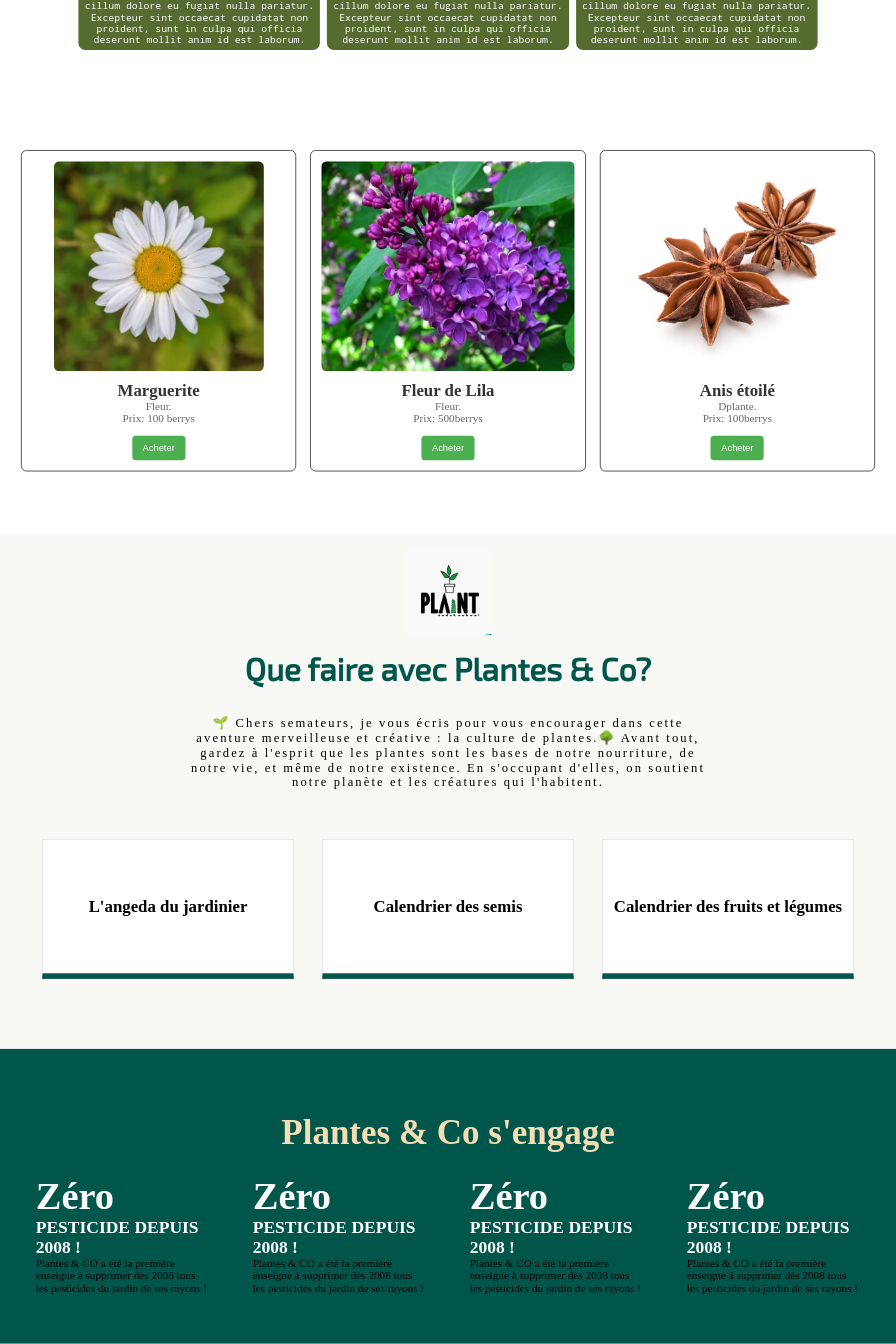
Repository: Flexo874/ISITECH-HTML-CSS
Page: index.html
The author's editor kept a copy of each file at every save. The page is drawn from the files as they stood at one save, then again after the next save.
The browser window is 1280 px wide. The pictures show the part of the page from y = 1298 to 3218 px (the page is 3218 px tall), at 70% of full size.
Some web fonts or font styles are not loaded; a fallback is used.

Above is the page before, as saved 2024-01-03 15:51:58.

### index.html
<!DOCTYPE html>
<html>
<head>
    <title>Plantes & Co</title>
     <link rel="stylesheet" type="text/css" href="./style.css">
     <link rel="stylesheet" type="text/css" href="./engagement.css">
     <link rel="stylesheet" type="text/css" href="./instructions.css">
     <link rel="preconnect" href="https://fonts.googleapis.com">
     <link rel="preconnect" href="https://fonts.gstatic.com" crossorigin>
     <link href="https://fonts.googleapis.com/css2?family=Exo+2&display=swap" rel="stylesheet">
     <link rel="preconnect" href="https://fonts.googleapis.com">
     <link rel="preconnect" href="https://fonts.gstatic.com" crossorigin>
     <link href="https://fonts.googleapis.com/css2?family=Exo+2&family=Macondo&display=swap" rel="stylesheet">
</head>
<body>
    <ul>
        <li><a href="#home">Home</a></li>
        <li><a href="#news">News</a></li>
        <li><a href="#contact">Contact</a></li>
        <li><a href="#about">About</a></li>
    </ul>


    <div class="plant-img">
        <img src="images/Step-8-If-You-Want-You-Can-Train-Your-Cannabis-Plants-To-Increase-Yield.webp">
    </div>

    <h1 > Best Sellers</h1>



    <div class="container">

            <div class="item">
                <a>
                <img src="images/semis-prêt-à-être-planté-dans-le-jardin.webp" alt="Logo">
                <p>Lorem ipsum dolor sit amet, consectetur adipiscing elit, sed do eiusmod tempor incididunt ut labore et dolore magna aliqua. Ut enim ad minim veniam, quis nostrud exercitation ullamco laboris nisi ut aliquip ex ea commodo consequat. Duis aute irure dolor in reprehenderit in voluptate velit esse cillum dolore eu fugiat nulla pariatur. Excepteur sint occaecat cupidatat non proident, sunt in culpa qui officia deserunt mollit anim id est laborum.</p>
                </a>
            </div>
            <div class="item">
                <a>
                <img src="images/semis-prêt-à-être-planté-dans-le-jardin.webp" alt="Logo">
                <p>Lorem ipsum dolor sit amet, consectetur adipiscing elit, sed do eiusmod tempor incididunt ut labore et dolore magna aliqua. Ut enim ad minim veniam, quis nostrud exercitation ullamco laboris nisi ut aliquip ex ea commodo consequat. Duis aute irure dolor in reprehenderit in voluptate velit esse cillum dolore eu fugiat nulla pariatur. Excepteur sint occaecat cupidatat non proident, sunt in culpa qui officia deserunt mollit anim id est laborum.</p>
                </a>
            </div>
            <div class="item">
                <a>
                <img src="images/semis-prêt-à-être-planté-dans-le-jardin.webp" alt="Logo">
                <p>Lorem ipsum dolor sit amet, consectetur adipiscing elit, sed do eiusmod tempor incididunt ut labore et dolore magna aliqua. Ut enim ad minim veniam, quis nostrud exercitation ullamco laboris nisi ut aliquip ex ea commodo consequat. Duis aute irure dolor in reprehenderit in voluptate velit esse cillum dolore eu fugiat nulla pariatur. Excepteur sint occaecat cupidatat non proident, sunt in culpa qui officia deserunt mollit anim id est laborum.</p>
                </a>
            </div>
    </div>

    <section class="produits">
        <!-- Produit 1 -->
        <div class="produit">
            <img src="images/Leucanthemum_vulgare.webp" alt="Produit 1">
            <h3>Marguerite</h3>
            <p>Fleur.</p>
            <p>Prix: 100 berrys</p>
            <button>Acheter</button>
        </div>
        <div class="produit">
            <img src="images/1676375528_249_Belle-signification-et-symbolisme-de-la-couleur-de-la-fleur.webp" alt="Produit 1">
            <h3>Fleur de Lila</h3>
            <p>Fleur.</p>
            <p>Prix: 500berrys </p>
            <button>Acheter</button>
        </div>
        <div class="produit">
            <img src="images/anis-étoilé-spice-de-fruits-et-de-graines-isolé-sur-fond-blanc.webp" alt="Produit 1">
            <h3>Anis étoilé</h3>
            <p>Dplante.</p>
            <p>Prix: 100berrys</p>
            <button>Acheter</button>
        </div>

    </section>


    <section class="instructions">
        <div class="logo">
        <img src="images/DALL·E 2024-01-03 10.05.32 - a simple logo for a plant shop.png" alt="Logo">
        </div>
        <div class="titre">
            <h2>Que faire avec Plantes & Co?</h2>
        </div>
        <div class="description">
            <p>🌱 Chers semateurs, je vous écris pour vous encourager dans cette aventure
                 merveilleuse et créative : la culture de plantes.🌳 Avant tout, gardez à l'esprit que les plantes sont les bases de notre nourriture, de notre vie, et même de notre existence. En s'occupant d'elles, on soutient notre planète et les créatures qui l'habitent.</p>
          </div>
        <div class="categories">
            <div class="calendar">
                <h3>L'angeda du jardinier</h3>
            </div>
            <div class="calendar">
                <h3>Calendrier des semis</h3>
            </div>
            <div class="calendar">
                <h3>Calendrier des fruits et légumes</h3>
            </div>
        </div>
    </section>




    <section class="engagement">
        <div class="titre2">
            <h2>Plantes & Co s'engage</h2>
        </div>
        <div class="cat">
            <div class="eng">
                <h3>Zéro</h3>
                <h4>PESTICIDE DEPUIS 2008 !</h4>
                <p>Plantes & CO a été la première enseigne à supprimer dès 2008 tous les pesticides du jardin de ses rayons !</p>
            </div>
            <div class="eng">
                <h3>Zéro</h3>
                <h4>PESTICIDE DEPUIS 2008 !</h4>
                <p>Plantes & CO a été la première enseigne à supprimer dès 2008 tous les pesticides du jardin de ses rayons !</p>
            </div>
            <div class="eng">
                <h3>Zéro</h3>
                <h4>PESTICIDE DEPUIS 2008 !</h4>
                <p>Plantes & CO a été la première enseigne à supprimer dès 2008 tous les pesticides du jardin de ses rayons !</p>
            </div>
            <div class="eng">
                <h3>Zéro</h3>
                <h4>PESTICIDE DEPUIS 2008 !</h4>
                <p>Plantes & CO a été la première enseigne à supprimer dès 2008 tous les pesticides du jardin de ses rayons !</p>
            </div>
        </div>

    </section>





</body>
</html>

### style.css
* {
  margin: 0;
  padding: 0;
}
ul {
  list-style-type: none;
  margin: 0;
  padding: 0;
  overflow: hidden;
  background-image: linear-gradient(
    109.6deg,
    rgba(61, 131, 97, 1) 11.2%,
    rgba(28, 103, 88, 1) 91.1%
  );
  display: flex;
  list-style: none;
  box-sizing: border-box;
  justify-content: center;
}

li {
  position: relative;
}

li a {
  display: block;
  color: white;
  text-align: center;
  padding: 18px 16px;
  text-decoration: none;
  font-size: 15px;
  transition: 0.4s ease-in-out;
  position: center;
  font-family: "Noto Mono", monospace;
}

li a:hover {
  background-color: #111;
  border-radius: 5px;
}

.plant-img img {
  width: 100%;
  height: 600px;
  object-fit: cover;
  overflow: hidden;
}

h1 {
  padding: 40px;
  padding-bottom: 0;
  margin-bottom: 0;
  margin-top: 60px;
  text-align: center;
  font-weight: bold;
  font-size: 60px;
}

.container {
  display: flex;
  grid-template-columns: repeat(3, 1fr);
  grid-auto-rows: minmax(300px, auto);
  gap: 10px;
  padding: 10px;
  margin-top: 0;
  margin: 8%;
  padding-top: 0;
}

.item {
  align-items: center;
  justify-content: center;
  border-radius: 10px;
  display: flex;
  justify-content: center;
  align-items: center;
  background-color: #556b2f;
}

.item a {
  margin: 7px;
}

.item a:hover {
  color: white;
}

.item img {
  max-width: 100%;
  height: auto;
}

.item p {
  margin-top: 10px;
  text-align: center;
  color: white;
  font-family: "Noto Mono", monospace;
  font-size: 14px;
}

.produits {
  display: flex;
  flex-wrap: wrap;
  justify-content: space-around;
  padding: 20px;
}

.produit {
  background-color: #fff;
  border: 1px solid #ddd;
  border-radius: 8px;
  border-color: #111;
  margin: 10px;
  padding: 15px;
  text-align: center;
  transition: transform 0.3s ease-in-out;
  width: calc(33.33% - 20px);
  box-sizing: border-box;


}

.produit:hover {
  transform: scale(1.05);
}

.produit img {
  max-width: 100%;
  height: 300px;
  border-radius: 8px;
}

.produit h3 {
  margin-top: 10px;
  font-size: 1.5em;
  color: #333;
}

.produit p {
  color: #666;
}

.produit button {
  background-color: #4caf50;
  color: #fff;
  padding: 10px 15px;
  border: none;
  border-radius: 5px;
  cursor: pointer;
  margin-top: 15px;
}

.produit button:hover {
  background-color: #45a049;
}

### engagement.css
.engagement{
    padding: 20px ;

    background-color:#00564B;
}

.titre2{
    margin-top: 70px;
    text-align: center  ;
}
.engagement > .titre2 h2{
    font-family: 'Exo 2', sans-serif;
    font-family: 'Macondo', cursive;
    color:wheat;
    font-size: 50px;
}

.cat{
    display: flex;
    flex-wrap: wrap;
    justify-content: space-around;
    align-items: center;
    width: 100%;
    margin-top: 30px;
    margin-bottom: 50px;
    text-align:left;
    flex-direction:row;
}

.eng {
    width: 20%;
}

.eng h3{
    font-size: 55px;
    color:white;
}

.eng h4{
    font-size: 25px;
    color:white;
}

### instructions.css
.instructions{
    padding: 20px ;
    margin-top: 60px;
    background-color:#F8F8F4;

}

.logo{
    display: flex;
    justify-content: center;
    align-items:center;
}

.logo img {
    width: 10%;

}



 .titre {
  margin-top: 20px;
  text-align: center;
  font-weight: bold;
  color:#00564B;
  font-size: 30px;
  width: 100%;
}

.titre h2{
    font-family: 'Exo 2', sans-serif;
}

.description{
    display: flex;
    margin: 40px;
    text-align: center;
    margin-left: 20%;
    margin-right: 20%;
}

.description p{
    letter-spacing: 3px;
    font-size: 18px;

}


.categories{
    display: flex;
    flex-wrap: wrap;
    justify-content: space-around;
    padding: 20px;
    align-items: center;

    margin-top: 30px;
    margin-bottom: 50px;
}

.calendar{
    background-color: #fff;
  border: 1px solid #ddd;


  margin: 10px;
  padding: 15px;
  text-align: center;
  transition: transform 0.3s ease-in-out;
  width: calc(33.33% - 20px);
  box-sizing: border-box;
  height: 200px;
  width: 30%;
  display: flex;
  flex-direction: column;
  justify-content: space-around;
  border-bottom: solid 8px #00564B;
  transition: border 200ms ease-in-out;
}

.calendar:hover {
    border: solid 8px #00564B;
}

.calendar > h3 {
    font-size: 24px;

}

After the next save:
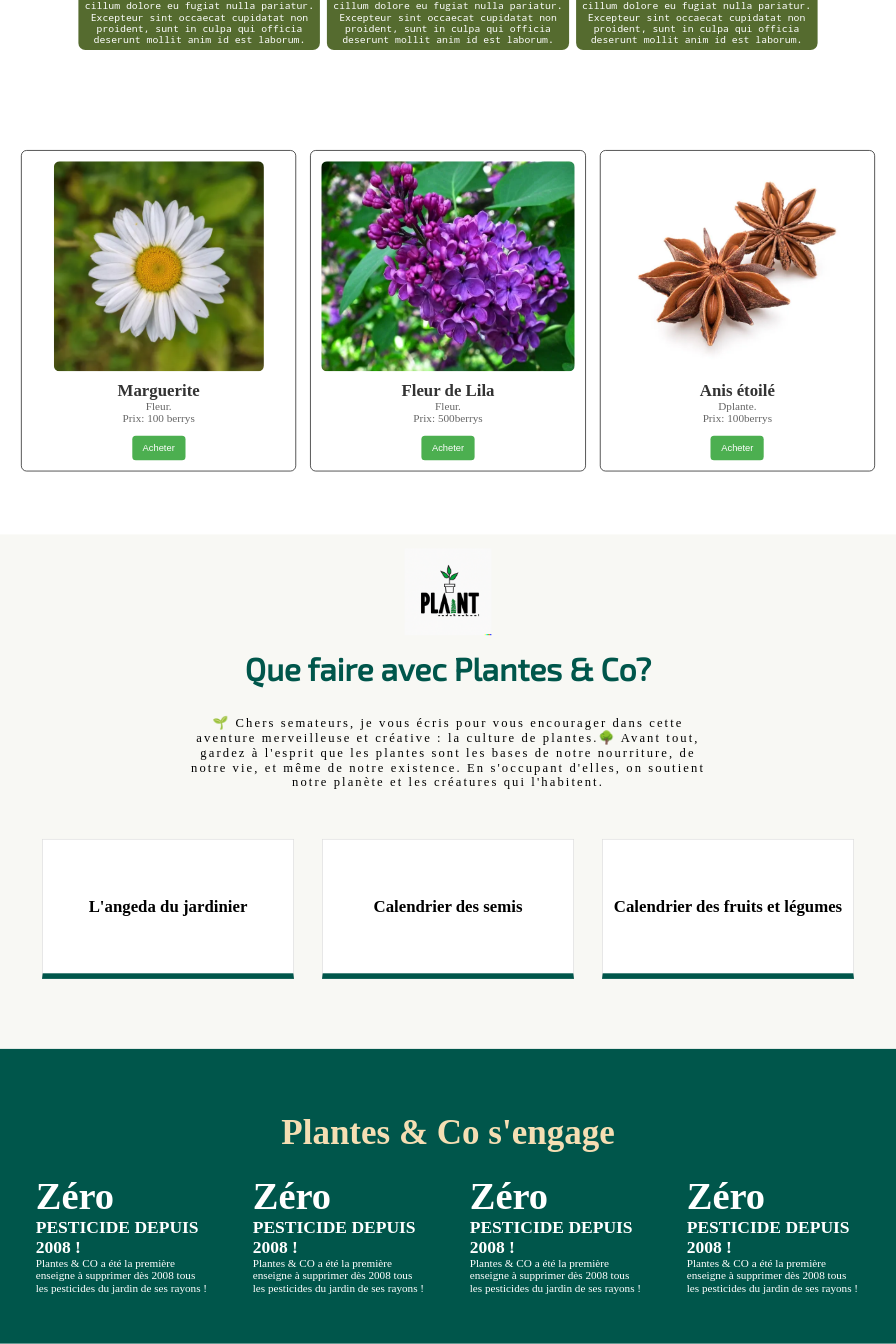
Saved 116 s later.
--- a/engagement.css
+++ b/engagement.css
@@ -40,3 +40,7 @@
     font-size: 25px;
     color:white;
 }
+
+.eng p{
+    color:white;
+}
